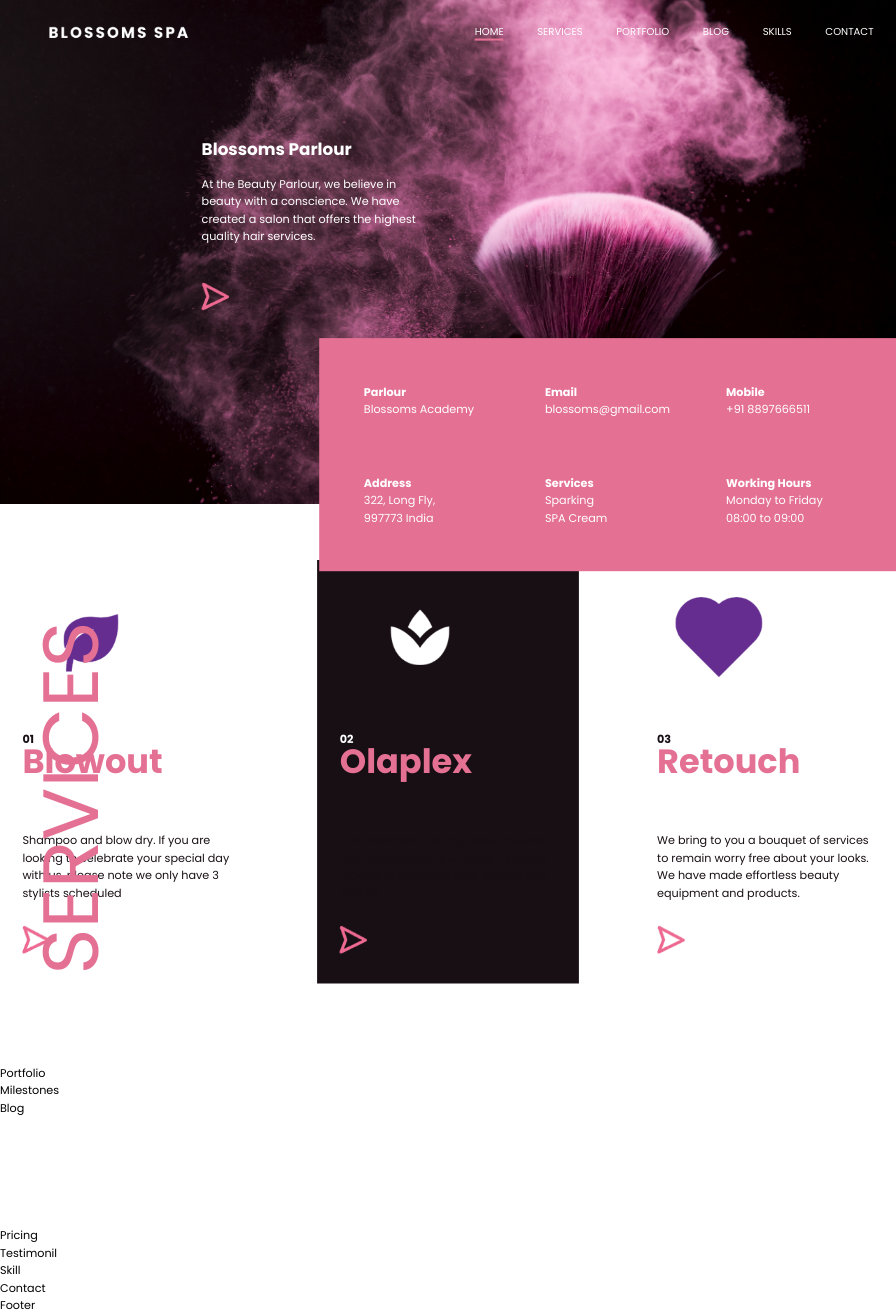
Repository: OmniaRafat232111121/animateSalon
Page: /
An editor plug-in stored every save of this project. The page is shown before and after a run of saves, followed by the edit.
The browser window is 1280 px wide. The pictures show the whole page, at 70% of full size.
The project was rebuilt for these pictures with package versions that can differ from the ones it lists, and the page was loaded fresh each time. Also part of the build but not shown: src/components/ScrollTop.jsx.

Above is the page before, as saved 2022-07-26 03:24:00.

After the next 2 saves:
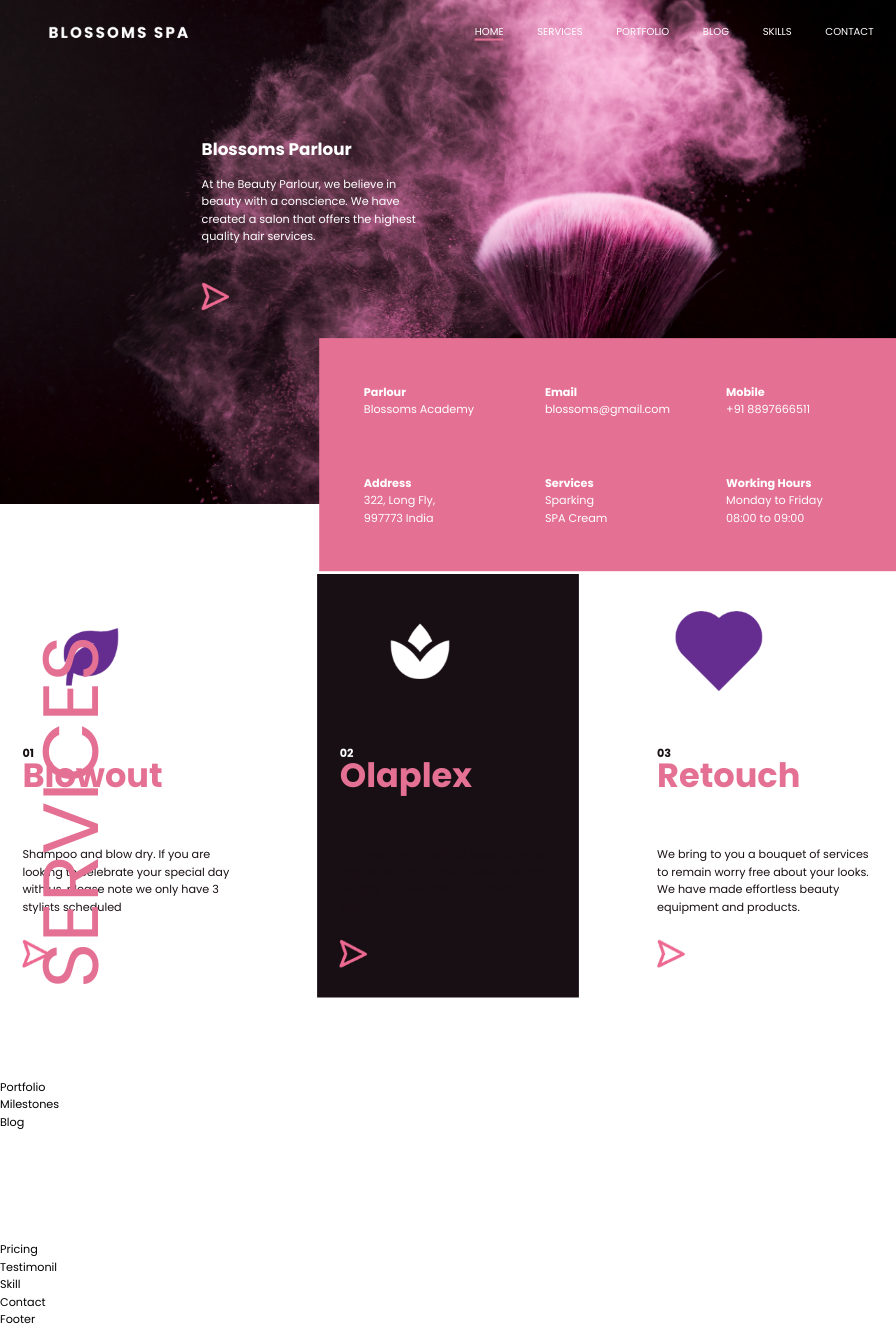
The 2 saves are shown as one change because they came seconds apart.
The last was saved 5 s later.
--- a/src/components/Services.jsx
+++ b/src/components/Services.jsx
@@ -66,7 +66,7 @@ min-height:100vh;
   gap:5rem;
   align-items:center;
   height:100%;
-  margin-top:80px;
+  margin-top:100px;
 
   &__service{
     padding:2rem;
